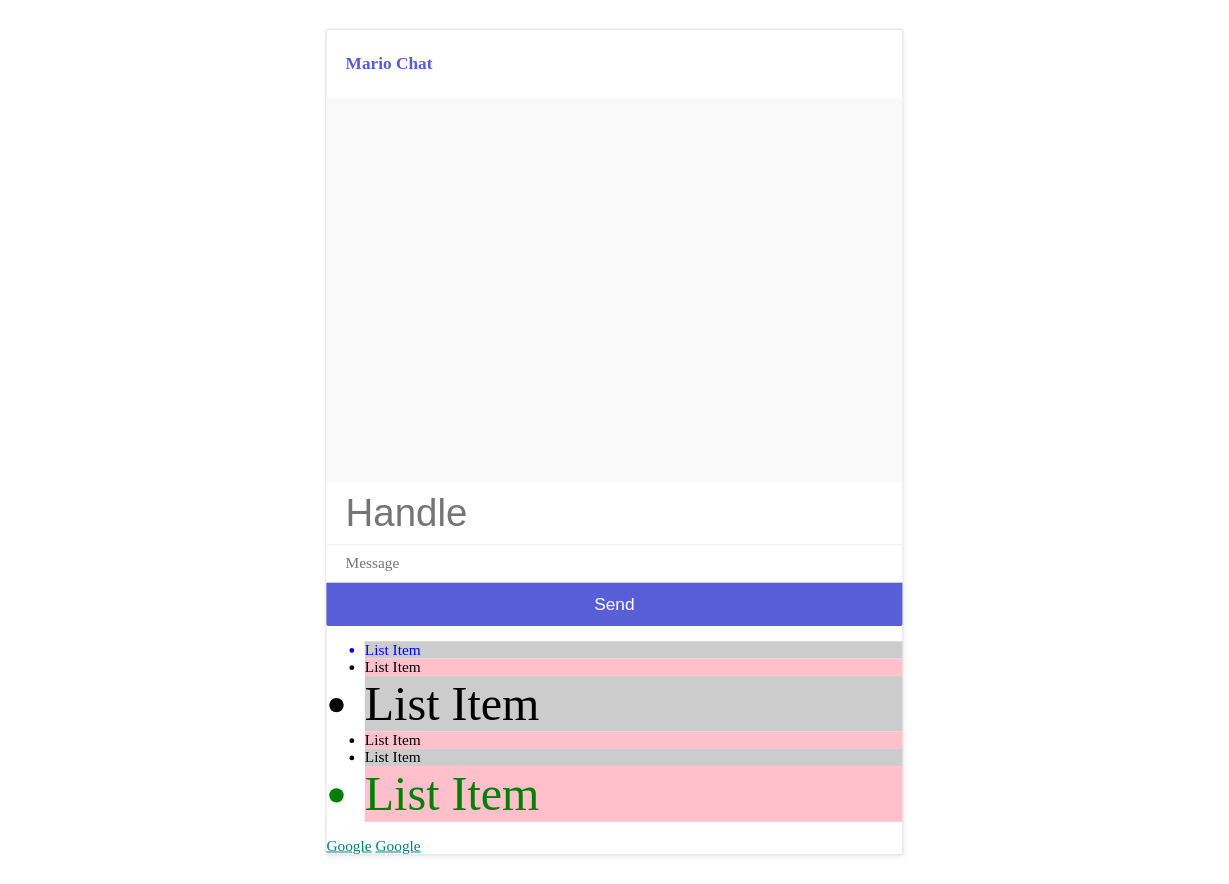
Repository: Promethees/websockets-playlist
Page: public/index.html
The author's editor kept a copy of each file at every save. The page is drawn from the files as they stood at one save, then again after the next save.
The browser window is 1280 px wide. The pictures show the whole page, at 96% of full size.
The page's requests for data from a server got no answer. Some web libraries are served in a nearby version.

Above is the page before, as saved 2020-09-08 07:59:56.

After the next save:
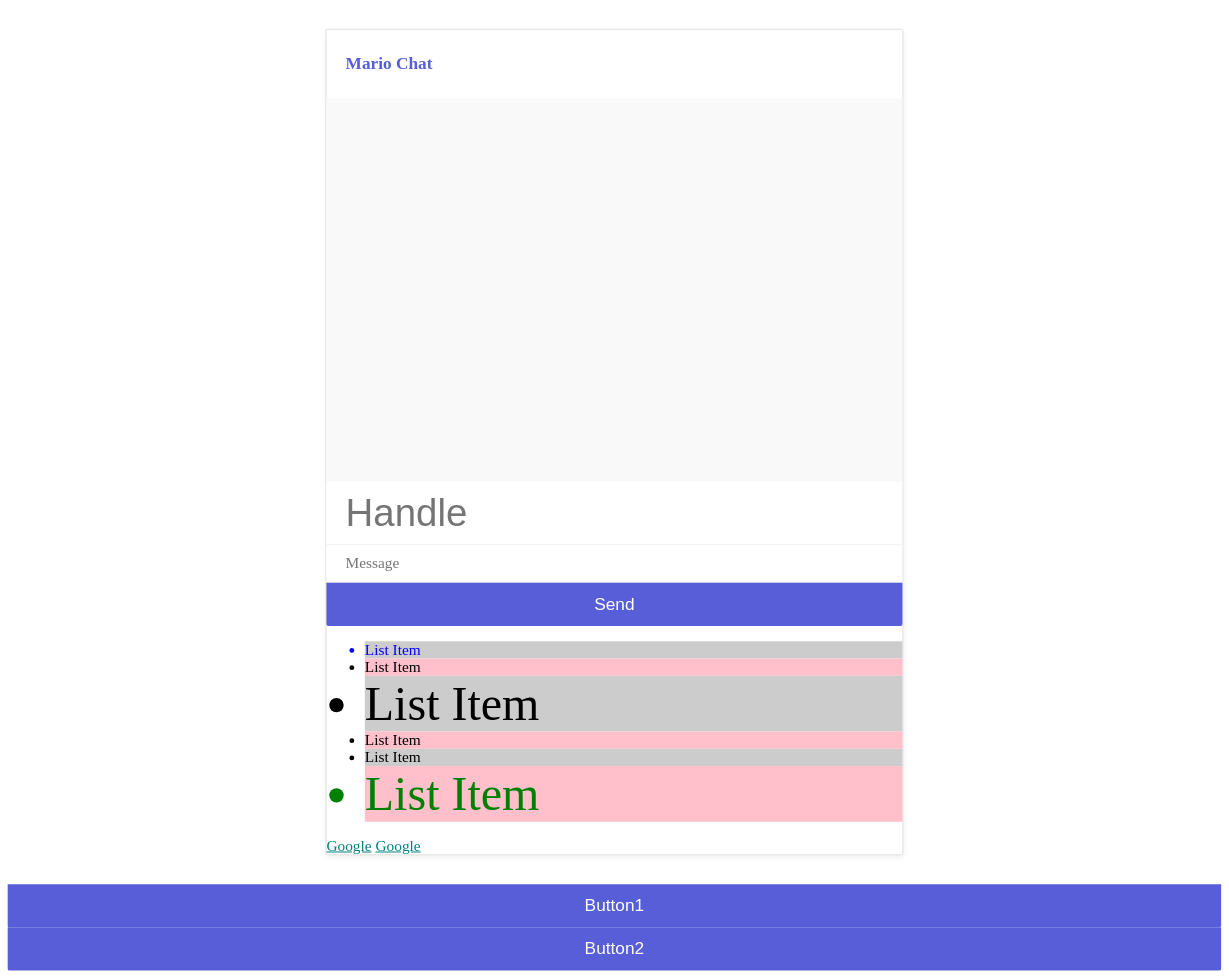
Saved 38 min 25 s later.
--- a/public/index.html
+++ b/public/index.html
@@ -30,6 +30,10 @@
             <a href="https://code.jquery.com/jquery-3.5.1.min.js">Google</a>
 
         </div>
+        <div>
+            <button id="btn1">Button1</button>
+            <button id= "btn2">Button2</button>
+        </div>
         <script>
             //$('h2').hide();
             //$('div').hide();
@@ -43,7 +47,14 @@
             $(':text#handle').css('font-family','arial');
             $('[href]').css('color','teal')
             //$('*').hide() //select everything
-
+            $(document).ready(function() {
+                $('#btn1').click(function() {
+                    $('#mario-chat').hide();
+                })
+                $('#btn2').click(function() {
+                    $('mario-chat').show();
+                })
+            })
         </script>
     </body>
     <script src="/chat.js"></script>
